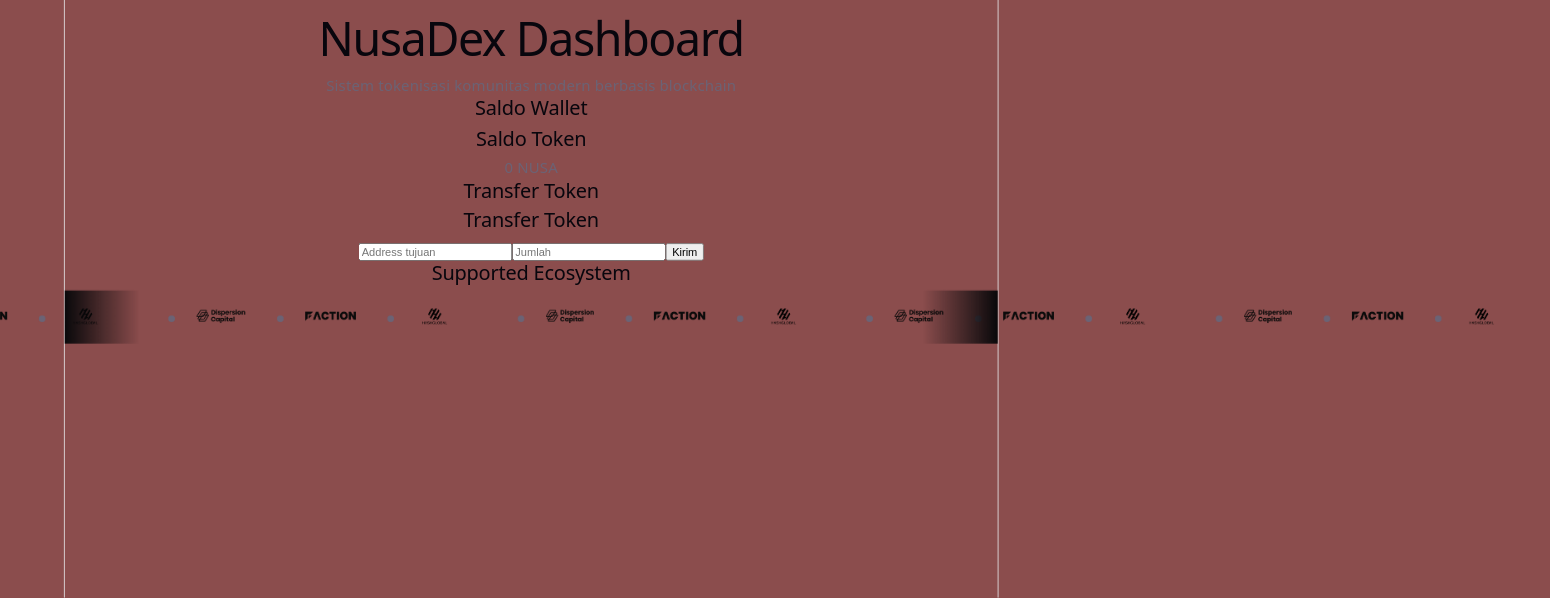
Repository: Danang-adi/Zentrix
Page: / (app in frontend-react/)
The author's editor kept a copy of each file at every save. The page is drawn from the files as they stood at one save, then again after the next save.
The browser window is 1280 px wide. The page is 1868 px wide, then 1280 px, so the pictures cover 1868 px, including what lies to the right of the window. The pictures show the whole page, at 83% of full size.
The page's requests for data from a server got no answer. The project was rebuilt for these pictures with package versions that can differ from the ones it lists, and the page was loaded fresh each time. No one was signed in, and anything a server would have sent is missing. Also part of the build but not shown: frontend-react/vite.config.ts.

Above is the page before, as saved 2026-04-25 20:07:03.

### frontend-react/index.html
<!doctype html>
<html lang="en">
  <head>
    <meta charset="UTF-8" />
    <link rel="icon" type="image/svg+xml" href="/favicon.svg" />
    <meta name="viewport" content="width=device-width, initial-scale=1.0" />
    <title>frontend-react</title>
  </head>
  <body>
    <div id="root"></div>
    <script type="module" src="/src/main.tsx"></script>
  </body>
</html>

### frontend-react/src/index.css
:root {
  --text: #6b6375;
  --text-h: #08060d;
  --bg: #8b4d4d;
  --border: #e5e4e7;
  --code-bg: #f4f3ec;
  --accent: #aa3bff;
  --accent-bg: rgba(170, 59, 255, 0.1);
  --accent-border: rgba(170, 59, 255, 0.5);
  --social-bg: rgba(244, 243, 236, 0.5);
  --shadow:
    rgba(0, 0, 0, 0.1) 0 10px 15px -3px, rgba(0, 0, 0, 0.05) 0 4px 6px -2px;

  --sans: system-ui, 'Segoe UI', Roboto, sans-serif;
  --heading: system-ui, 'Segoe UI', Roboto, sans-serif;
  --mono: ui-monospace, Consolas, monospace;

  font: 18px/145% var(--sans);
  letter-spacing: 0.18px;
  color-scheme: light dark;
  color: var(--text);
  background: var(--bg);
  font-synthesis: none;
  text-rendering: optimizeLegibility;
  -webkit-font-smoothing: antialiased;
  -moz-osx-font-smoothing: grayscale;

  @media (max-width: 1024px) {
    font-size: 16px;
  }
}

@media (prefers-color-scheme: dark) {
  :root {
    --text: #9ca3af;
    --text-h: #f3f4f6;
    --bg: #b5b9ce;
    --border: #2e303a;
    --code-bg: #1f2028;
    --accent: #c084fc;
    --accent-bg: rgba(192, 132, 252, 0.15);
    --accent-border: rgba(192, 132, 252, 0.5);
    --social-bg: rgba(47, 48, 58, 0.5);
    --shadow:
      rgba(0, 0, 0, 0.4) 0 10px 15px -3px, rgba(0, 0, 0, 0.25) 0 4px 6px -2px;
  }

  #social .button-icon {
    filter: invert(1) brightness(2);
  }
}

#root {
  width: 1126px;
  max-width: 100%;
  margin: 0 auto;
  text-align: center;
  border-inline: 1px solid var(--border);
  min-height: 100svh;
  display: flex;
  flex-direction: column;
  box-sizing: border-box;
}

body {
  margin: 0;
}

h1,
h2 {
  font-family: var(--heading);
  font-weight: 500;
  color: var(--text-h);
}

h1 {
  font-size: 56px;
  letter-spacing: -1.68px;
  margin: 32px 0;
  @media (max-width: 1024px) {
    font-size: 36px;
    margin: 20px 0;
  }
}
h2 {
  font-size: 24px;
  line-height: 118%;
  letter-spacing: -0.24px;
  margin: 0 0 8px;
  @media (max-width: 1024px) {
    font-size: 20px;
  }
}
p {
  margin: 0;
}

code,
.counter {
  font-family: var(--mono);
  display: inline-flex;
  border-radius: 4px;
  color: var(--text-h);
}

code {
  font-size: 15px;
  line-height: 135%;
  padding: 4px 8px;
  background: var(--code-bg);
}

### frontend-react/src/App.tsx
import BalanceCard from "./components/BalanceCard";
import TransferForm from "./components/TransferForm";
import LogoLoop from "./components/LogoLoop";

import dispersion from "./assets/dispersion.png";
import faction from "./assets/faction.png";
import hashglobal from "./assets/hashglobal.png";

function App() {
  const cryptoLogos = [
    { src: dispersion, alt: "Ethereum", href: "#" },
    { src: faction, alt: "Bitcoin", href: "#" },
    { src: hashglobal, alt: "Solana", href: "#" },
  ];

  return (
    <div className="min-h-screen bg-zinc-950 text-white px-6 py-10 overflow-x-hidden">
      <div className="mx-auto max-w-6xl">
        {/* Header */}
        <div className="mb-10 text-center">
          <h1 className="text-5xl font-bold tracking-tight bg-gradient-to-r from-cyan-400 to-blue-500 bg-clip-text text-transparent">
            NusaDex Dashboard
          </h1>
          <p className="mt-3 text-zinc-400 text-lg">
            Sistem tokenisasi komunitas modern berbasis blockchain
          </p>
        </div>

        {/* Main Grid */}
        <div className="grid gap-6 md:grid-cols-2">
          {/* Balance */}
          <div className="rounded-2xl border border-zinc-800 bg-zinc-900/70 p-6 shadow-xl backdrop-blur">
            <h2 className="mb-4 text-xl font-semibold text-cyan-400">
              Saldo Wallet
            </h2>
            <BalanceCard />
          </div>

          {/* Transfer */}
          <div className="rounded-2xl border border-zinc-800 bg-zinc-900/70 p-6 shadow-xl backdrop-blur">
            <h2 className="mb-4 text-xl font-semibold text-blue-400">
              Transfer Token
            </h2>
            <TransferForm />
          </div>
        </div>

        {/* Logo Loop */}
        <div className="mt-12 rounded-2xl border border-zinc-800 bg-zinc-900/70 p-6 shadow-xl backdrop-blur">
          <h2 className="mb-6 text-center text-xl font-semibold text-zinc-200">
            Supported Ecosystem
          </h2>

          <div className="relative w-full overflow-hidden h-28">
            <LogoLoop
              logos={cryptoLogos}
              speed={60}
              direction="left"
              logoHeight={22}
              gap={50}
              pauseOnHover
              scaleOnHover
              fadeOut
              fadeOutColor="#09090b"
              ariaLabel="Crypto Partners"
            />
          </div>
        </div>
      </div>
    </div>
  );
}

export default App;

### frontend-react/src/components/BalanceCard.jsx
import { useEffect, useState } from "react";
import { getBalance } from "../api/blockchain";

export default function BalanceCard() {
  const [balance, setBalance] = useState("0");

  const address =
    "0xf39Fd6e51aad88F6F4ce6aB8827279cffFb92266";

  useEffect(() => {
    loadBalance();
  }, []);

  const loadBalance = async () => {
  const res = await getBalance(address);
  console.log(res.data);
  setBalance(res.data.balance);
};

  return (
    <div>
      <h2>Saldo Token</h2>
      <p>{balance} NUSA</p>
    </div>
  );
}

### frontend-react/src/components/TransferForm.jsx
import { useState } from "react";
import { transferToken } from "../api/blockchain";

export default function TransferForm() {
  const [to, setTo] = useState("");
  const [amount, setAmount] = useState("");

const submit = async () => {
  const res = await transferToken({ to, amount });

  alert("Success");

  loadBalance(); // refresh saldo
};

  return (
    <div>
      <h2>Transfer Token</h2>

      <input
        placeholder="Address tujuan"
        value={to}
        onChange={(e) => setTo(e.target.value)}
      />

      <input
        placeholder="Jumlah"
        value={amount}
        onChange={(e) => setAmount(e.target.value)}
      />

      <button onClick={submit}>Kirim</button>
    </div>
  );
}

### frontend-react/src/components/LogoLoop.jsx
import { useCallback, useEffect, useMemo, useRef, useState, memo } from 'react';
import './LogoLoop.css';

const ANIMATION_CONFIG = { SMOOTH_TAU: 0.25, MIN_COPIES: 2, COPY_HEADROOM: 2 };

const toCssLength = value => (typeof value === 'number' ? `${value}px` : (value ?? undefined));

const useResizeObserver = (callback, elements, dependencies) => {
  useEffect(() => {
    if (!window.ResizeObserver) {
      const handleResize = () => callback();
      window.addEventListener('resize', handleResize);
      callback();
      return () => window.removeEventListener('resize', handleResize);
    }
    const observers = elements.map(ref => {
      if (!ref.current) return null;
      const observer = new ResizeObserver(callback);
      observer.observe(ref.current);
      return observer;
    });
    callback();
    return () => {
      observers.forEach(observer => observer?.disconnect());
    };
  }, [callback, elements, dependencies]);
};

const useImageLoader = (seqRef, onLoad, dependencies) => {
  useEffect(() => {
    const images = seqRef.current?.querySelectorAll('img') ?? [];
    if (images.length === 0) {
      onLoad();
      return;
    }
    let remainingImages = images.length;
    const handleImageLoad = () => {
      remainingImages -= 1;
      if (remainingImages === 0) onLoad();
    };
    images.forEach(img => {
      const htmlImg = img;
      if (htmlImg.complete) {
        handleImageLoad();
      } else {
        htmlImg.addEventListener('load', handleImageLoad, { once: true });
        htmlImg.addEventListener('error', handleImageLoad, { once: true });
      }
    });
    return () => {
      images.forEach(img => {
        img.removeEventListener('load', handleImageLoad);
        img.removeEventListener('error', handleImageLoad);
      });
    };
  }, [onLoad, seqRef, dependencies]);
};

const useAnimationLoop = (trackRef, targetVelocity, seqWidth, seqHeight, isHovered, hoverSpeed, isVertical) => {
  const rafRef = useRef(null);
  const lastTimestampRef = useRef(null);
  const offsetRef = useRef(0);
  const velocityRef = useRef(0);

  useEffect(() => {
    const track = trackRef.current;
    if (!track) return;

    const seqSize = isVertical ? seqHeight : seqWidth;

    if (seqSize > 0) {
      offsetRef.current = ((offsetRef.current % seqSize) + seqSize) % seqSize;
      const transformValue = isVertical
        ? `translate3d(0, ${-offsetRef.current}px, 0)`
        : `translate3d(${-offsetRef.current}px, 0, 0)`;
      track.style.transform = transformValue;
    }

    const animate = timestamp => {
      if (lastTimestampRef.current === null) {
        lastTimestampRef.current = timestamp;
      }

      const deltaTime = Math.max(0, timestamp - lastTimestampRef.current) / 1000;
      lastTimestampRef.current = timestamp;

      const target = isHovered && hoverSpeed !== undefined ? hoverSpeed : targetVelocity;

      const easingFactor = 1 - Math.exp(-deltaTime / ANIMATION_CONFIG.SMOOTH_TAU);
      velocityRef.current += (target - velocityRef.current) * easingFactor;

      if (seqSize > 0) {
        let nextOffset = offsetRef.current + velocityRef.current * deltaTime;
        nextOffset = ((nextOffset % seqSize) + seqSize) % seqSize;
        offsetRef.current = nextOffset;

        const transformValue = isVertical
          ? `translate3d(0, ${-offsetRef.current}px, 0)`
          : `translate3d(${-offsetRef.current}px, 0, 0)`;
        track.style.transform = transformValue;
      }

      rafRef.current = requestAnimationFrame(animate);
    };

    rafRef.current = requestAnimationFrame(animate);

    return () => {
      if (rafRef.current !== null) {
        cancelAnimationFrame(rafRef.current);
        rafRef.current = null;
      }
      lastTimestampRef.current = null;
    };
  }, [targetVelocity, seqWidth, seqHeight, isHovered, hoverSpeed, isVertical, trackRef]);
};

export const LogoLoop = memo(
  ({
    logos,
    speed = 120,
    direction = 'left',
    width = '100%',
    logoHeight = 28,
    gap = 32,
    pauseOnHover,
    hoverSpeed,
    fadeOut = false,
    fadeOutColor,
    scaleOnHover = false,
    renderItem,
    ariaLabel = 'Partner logos',
    className,
    style
  }) => {
    const containerRef = useRef(null);
    const trackRef = useRef(null);
    const seqRef = useRef(null);

    const [seqWidth, setSeqWidth] = useState(0);
    const [seqHeight, setSeqHeight] = useState(0);
    const [copyCount, setCopyCount] = useState(ANIMATION_CONFIG.MIN_COPIES);
    const [isHovered, setIsHovered] = useState(false);

    const effectiveHoverSpeed = useMemo(() => {
      if (hoverSpeed !== undefined) return hoverSpeed;
      if (pauseOnHover === true) return 0;
      if (pauseOnHover === false) return undefined;
      return 0;
    }, [hoverSpeed, pauseOnHover]);

    const isVertical = direction === 'up' || direction === 'down';

    const targetVelocity = useMemo(() => {
      const magnitude = Math.abs(speed);
      let directionMultiplier;
      if (isVertical) {
        directionMultiplier = direction === 'up' ? 1 : -1;
      } else {
        directionMultiplier = direction === 'left' ? 1 : -1;
      }
      const speedMultiplier = speed < 0 ? -1 : 1;
      return magnitude * directionMultiplier * speedMultiplier;
    }, [speed, direction, isVertical]);

    const updateDimensions = useCallback(() => {
      const containerWidth = containerRef.current?.clientWidth ?? 0;
      const sequenceRect = seqRef.current?.getBoundingClientRect?.();
      const sequenceWidth = sequenceRect?.width ?? 0;
      const sequenceHeight = sequenceRect?.height ?? 0;
      if (isVertical) {
        const parentHeight = containerRef.current?.parentElement?.clientHeight ?? 0;
        if (containerRef.current && parentHeight > 0) {
          const targetHeight = Math.ceil(parentHeight);
          if (containerRef.current.style.height !== `${targetHeight}px`)
            containerRef.current.style.height = `${targetHeight}px`;
        }
        if (sequenceHeight > 0) {
          setSeqHeight(Math.ceil(sequenceHeight));
          const viewport = containerRef.current?.clientHeight ?? parentHeight ?? sequenceHeight;
          const copiesNeeded = Math.ceil(viewport / sequenceHeight) + ANIMATION_CONFIG.COPY_HEADROOM;
          setCopyCount(Math.max(ANIMATION_CONFIG.MIN_COPIES, copiesNeeded));
        }
      } else if (sequenceWidth > 0) {
        setSeqWidth(Math.ceil(sequenceWidth));
        const copiesNeeded = Math.ceil(containerWidth / sequenceWidth) + ANIMATION_CONFIG.COPY_HEADROOM;
        setCopyCount(Math.max(ANIMATION_CONFIG.MIN_COPIES, copiesNeeded));
      }
    }, [isVertical]);

    useResizeObserver(updateDimensions, [containerRef, seqRef], [logos, gap, logoHeight, isVertical]);

    useImageLoader(seqRef, updateDimensions, [logos, gap, logoHeight, isVertical]);

    useAnimationLoop(trackRef, targetVelocity, seqWidth, seqHeight, isHovered, effectiveHoverSpeed, isVertical);

    const cssVariables = useMemo(
      () => ({
        '--logoloop-gap': `${gap}px`,
        '--logoloop-logoHeight': `${logoHeight}px`,
        ...(fadeOutColor && { '--logoloop-fadeColor': fadeOutColor })
      }),
      [gap, logoHeight, fadeOutColor]
    );

    const rootClassName = useMemo(
      () =>
        [
          'logoloop',
          isVertical ? 'logoloop--vertical' : 'logoloop--horizontal',
          fadeOut && 'logoloop--fade',
          scaleOnHover && 'logoloop--scale-hover',
          className
        ]
          .filter(Boolean)
          .join(' '),
      [isVertical, fadeOut, scaleOnHover, className]
    );

    const handleMouseEnter = useCallback(() => {
      if (effectiveHoverSpeed !== undefined) setIsHovered(true);
    }, [effectiveHoverSpeed]);
    const handleMouseLeave = useCallback(() => {
      if (effectiveHoverSpeed !== undefined) setIsHovered(false);
    }, [effectiveHoverSpeed]);

    const renderLogoItem = useCallback(
      (item, key) => {
        if (renderItem) {
          return (
            <li className="logoloop__item" key={key} role="listitem">
              {renderItem(item, key)}
            </li>
          );
        }
        const isNodeItem = 'node' in item;
        const content = isNodeItem ? (
          <span className="logoloop__node" aria-hidden={!!item.href && !item.ariaLabel}>
            {item.node}
          </span>
        ) : (
          <img
            src={item.src}
            srcSet={item.srcSet}
            sizes={item.sizes}
            width={item.width}
            height={item.height}
            alt={item.alt ?? ''}
            title={item.title}
            loading="lazy"
            decoding="async"
            draggable={false}
          />
        );
        const itemAriaLabel = isNodeItem ? (item.ariaLabel ?? item.title) : (item.alt ?? item.title);
        const itemContent = item.href ? (
          <a
            className="logoloop__link"
            href={item.href}
            aria-label={itemAriaLabel || 'logo link'}
            target="_blank"
            rel="noreferrer noopener"
          >
            {content}
          </a>
        ) : (
          content
        );
        return (
          <li className="logoloop__item" key={key} role="listitem">
            {itemContent}
          </li>
        );
      },
      [renderItem]
    );

    const logoLists = useMemo(
      () =>
        Array.from({ length: copyCount }, (_, copyIndex) => (
          <ul
            className="logoloop__list"
            key={`copy-${copyIndex}`}
            role="list"
            aria-hidden={copyIndex > 0}
            ref={copyIndex === 0 ? seqRef : undefined}
          >
            {logos.map((item, itemIndex) => renderLogoItem(item, `${copyIndex}-${itemIndex}`))}
          </ul>
        )),
      [copyCount, logos, renderLogoItem]
    );

    const containerStyle = useMemo(
      () => ({
        width: isVertical
          ? toCssLength(width) === '100%'
            ? undefined
            : toCssLength(width)
          : (toCssLength(width) ?? '100%'),
        ...cssVariables,
        ...style
      }),
      [width, cssVariables, style, isVertical]
    );

    return (
      <div ref={containerRef} className={rootClassName} style={containerStyle} role="region" aria-label={ariaLabel}>
        <div className="logoloop__track" ref={trackRef} onMouseEnter={handleMouseEnter} onMouseLeave={handleMouseLeave}>
          {logoLists}
        </div>
      </div>
    );
  }
);

LogoLoop.displayName = 'LogoLoop';

export default LogoLoop;

### frontend-react/src/api/blockchain.js
import axios from "axios";

const API = axios.create({
  baseURL: "http://localhost:3001",
});

export const getBalance = (address) => API.get(`/token/${address}`);

export const transferToken = (data) => API.post("/transfer", data);

### frontend-react/src/components/LogoLoop.css
.logoloop {
  position: relative;

  --logoloop-gap: 32px;
  --logoloop-logoHeight: 28px;
  --logoloop-fadeColorAuto: #ffffff;
}

.logoloop--vertical {
  height: 100%;
  display: inline-block;
}

.logoloop--scale-hover {
  padding-top: calc(var(--logoloop-logoHeight) * 0.1);
  padding-bottom: calc(var(--logoloop-logoHeight) * 0.1);
}

@media (prefers-color-scheme: dark) {
  .logoloop {
    --logoloop-fadeColorAuto: #0b0b0b;
  }
}

.logoloop__track {
  display: flex;
  width: max-content;
  will-change: transform;
  user-select: none;
  position: relative;
  z-index: 0;
}

.logoloop--vertical .logoloop__track {
  flex-direction: column;
  height: max-content;
  width: 100%;
}

.logoloop__list {
  display: flex;
  align-items: center;
}

.logoloop--vertical .logoloop__list {
  flex-direction: column;
}

.logoloop__item {
  flex: 0 0 auto;
  margin-right: var(--logoloop-gap);
  font-size: var(--logoloop-logoHeight);
  line-height: 1;
}

.logoloop--vertical .logoloop__item {
  margin-right: 0;
  margin-bottom: var(--logoloop-gap);
}

.logoloop__item:last-child {
  margin-right: var(--logoloop-gap);
}

.logoloop--vertical .logoloop__item:last-child {
  margin-right: 0;
  margin-bottom: var(--logoloop-gap);
}

.logoloop__node {
  display: inline-flex;
  align-items: center;
}

.logoloop__item img {
  height: var(--logoloop-logoHeight);
  width: auto;
  display: block;
  object-fit: contain;
  image-rendering: -webkit-optimize-contrast;
  -webkit-user-drag: none;
  pointer-events: none;
  transition: transform 0.3s cubic-bezier(0.4, 0, 0.2, 1);
}

.logoloop--scale-hover .logoloop__item {
  overflow: visible;
}

.logoloop--scale-hover .logoloop__item:hover img,
.logoloop--scale-hover .logoloop__item:hover .logoloop__node {
  transform: scale(1.2);
  transform-origin: center center;
}

.logoloop--scale-hover .logoloop__node {
  transition: transform 0.3s cubic-bezier(0.4, 0, 0.2, 1);
}

.logoloop__link {
  display: inline-flex;
  align-items: center;
  text-decoration: none;
  border-radius: 4px;
  transition: opacity 0.2s ease;
}

.logoloop__link:hover {
  opacity: 0.8;
}

.logoloop__link:focus-visible {
  outline: 2px solid currentColor;
  outline-offset: 2px;
}

.logoloop--fade::before,
.logoloop--fade::after {
  content: '';
  position: absolute;
  top: 0;
  bottom: 0;
  width: clamp(24px, 8%, 120px);
  pointer-events: none;
  z-index: 10;
}

.logoloop--fade::before {
  left: 0;
  background: linear-gradient(
    to right,
    var(--logoloop-fadeColor, var(--logoloop-fadeColorAuto)) 0%,
    rgba(0, 0, 0, 0) 100%
  );
}

.logoloop--fade::after {
  right: 0;
  background: linear-gradient(
    to left,
    var(--logoloop-fadeColor, var(--logoloop-fadeColorAuto)) 0%,
    rgba(0, 0, 0, 0) 100%
  );
}

.logoloop--vertical.logoloop--fade::before,
.logoloop--vertical.logoloop--fade::after {
  left: 0;
  right: 0;
  width: 100%;
  height: clamp(24px, 8%, 120px);
}

.logoloop--vertical.logoloop--fade::before {
  top: 0;
  bottom: auto;
  background: linear-gradient(
    to bottom,
    var(--logoloop-fadeColor, var(--logoloop-fadeColorAuto)) 0%,
    rgba(0, 0, 0, 0) 100%
  );
}

.logoloop--vertical.logoloop--fade::after {
  bottom: 0;
  top: auto;
  background: linear-gradient(
    to top,
    var(--logoloop-fadeColor, var(--logoloop-fadeColorAuto)) 0%,
    rgba(0, 0, 0, 0) 100%
  );
}

@media (prefers-reduced-motion: reduce) {
  .logoloop__track {
    transform: translate3d(0, 0, 0) !important;
  }

  .logoloop__item img,
  .logoloop__node {
    transition: none !important;
  }
}

Loaded but not shown: frontend-react/src/main.tsx (common file)

After the next save:
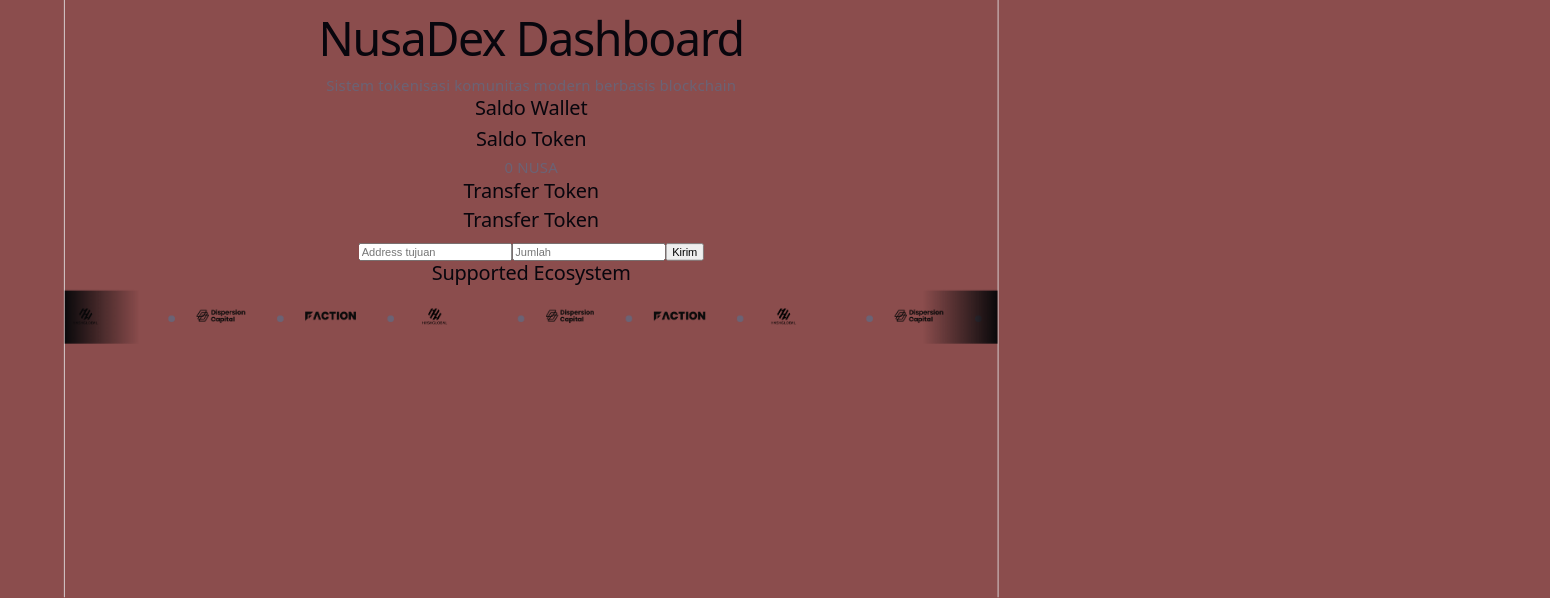
Saved 2 min 15 s later.
--- a/frontend-react/src/index.css
+++ b/frontend-react/src/index.css
@@ -29,7 +29,12 @@
     font-size: 16px;
   }
 }
-
+html,
+body,
+#root {
+  overflow-x: hidden;
+  width: 100%;
+}
 @media (prefers-color-scheme: dark) {
   :root {
     --text: #9ca3af;
